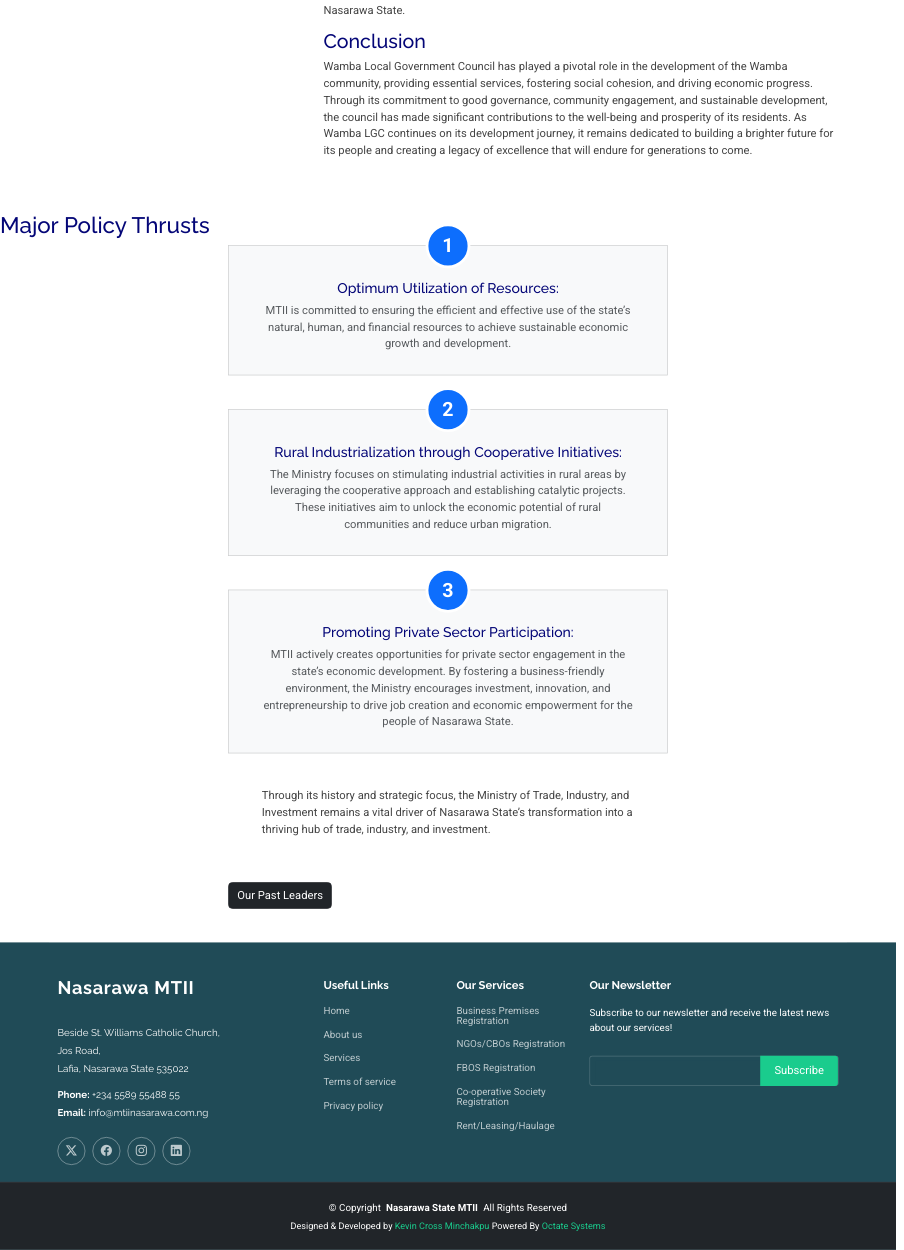
Repository: GlorifiedIntel/wamba-lgc
Page: wamba-history.html
An editor plug-in stored every save of this project. The page is shown before and after the next save, followed by the edit.
The browser window is 1280 px wide. The page is 1292 px wide, so the pictures cover 1292 px, including what lies to the right of the window. The pictures show the part of the page from y = 2035 to 3915 px (the page is 3821 px tall before and 3957 px after), at 70% of full size.

Above is the page before, as saved 2025-02-06 02:57:35.
Console error: TypeError: Cannot read properties of null (reading 'click')

### wamba-history.html
<!DOCTYPE html>
<html lang="en">

<head>
  <meta charset="utf-8">
  <meta http-equiv="X-UA-Compatible" content="IE=edge">
  <meta name="viewport" content="width=device-width, initial-scale=1.0">
  <meta name="format-detection" content="telephone=no">
  <meta name="apple-mobile-web-app-capable" content="yes">
  <meta name="author" content="Kevin Cross Minchakpu">
  <meta name="keywords" content="MTII, Nasarawa, Industry, Trade, Investment, Entrepreneur">
  <meta name="description" content="The Nasarawa State Ministry of Trade, Industry, and Investment promotes economic growth through trade, industrialization, and investment. It supports local industries, attracts investments, and fosters innovation to boost competitiveness and diversify the economy.">

  <!-- Favicons -->
  <link href="assets/img/favicon.png" rel="icon">
  <link href="assets/img/apple-touch-icon.png" rel="apple-touch-icon">

  <!-- Fonts -->
  <link href="https://fonts.googleapis.com" rel="preconnect">
  <link href="https://fonts.gstatic.com" rel="preconnect" crossorigin>
  <link href="https://fonts.googleapis.com/css2?family=Roboto:ital,wght@0,100;0,300;0,400;0,500;0,700;0,900;1,100;1,300;1,400;1,500;1,700;1,900&family=Poppins:ital,wght@0,100;0,200;0,300;0,400;0,500;0,600;0,700;0,800;0,900;1,100;1,200;1,300;1,400;1,500;1,600;1,700;1,800;1,900&family=Raleway:ital,wght@0,100;0,200;0,300;0,400;0,500;0,600;0,700;0,800;0,900;1,100;1,200;1,300;1,400;1,500;1,600;1,700;1,800;1,900&display=swap" rel="stylesheet">

  <!-- Vendor CSS Files -->
  <link href="assets/vendor/bootstrap/css/bootstrap.min.css" rel="stylesheet">
  <link href="assets/vendor/bootstrap-icons/bootstrap-icons.css" rel="stylesheet">
  <link href="assets/vendor/aos/aos.css" rel="stylesheet">
  <link href="assets/vendor/glightbox/css/glightbox.min.css" rel="stylesheet">
  <link href="assets/vendor/swiper/swiper-bundle.min.css" rel="stylesheet">

  <!-- Main CSS File -->
  <link href="assets/css/main.css" rel="stylesheet">
</head>

<body class="index-page">
  <header id="header" class="header d-flex align-items-center fixed-top bg-dark">
    <div class="container-fluid container-xl position-relative d-flex align-items-center justify-content-between">
      <a href="index.html" class="logo d-flex align-items-center">
        <img src="assets/img/logo.png" alt="" >
      </a>
      <nav id="navmenu" class="navmenu">
        <ul>
          <li><a href="index.html">Home</a></li>
          <li class="dropdown"><a href="about-mtii.html" class="active"><span>About</span> <i class="bi bi-chevron-down toggle-dropdown"></i></a>
            <ul>
              <li><a href="about-mtii.html">Nasarawa MTII</a></li>
                  <li><a href="mtii-history.html">MTII History</a></li>
                  <li><a href="the-commissioner.html" >The Commissioner</a></li>
                  <li><a href="the-secretary.html" >The Permanent Secretary</a></li>
                  <li><a href="directors.html" >Our Directors</a></li>
                  <li><a href="contact-us.html" >Our Contact</a></li>
            </ul>
          </li>

          <li class="dropdown"><a href="business-reforms.html"><span>Business Enabling Reforms</span> <i class="bi bi-chevron-down toggle-dropdown"></i></a>
            <ul>
              <li><a href="business-plans.html">Business Enabling Action Plan</a></li>
                  <li><a href="grievance.html">Grievance Redress Mechanism</a></li>
                  <li><a href="application-guidelines.html" >Application Guidelines</a></li>
                  <li><a href="legal-framework.html" >Legal Framework</a></li>
                  <li><a href="investment-opportunities.html" >Investment Opportunities</a></li>
            </ul>
          </li>

          <li class="dropdown"><a href="departments.html"><span>Departments</span> <i class="bi bi-chevron-down toggle-dropdown"></i></a>
            <ul>
              <li><a href="admin.html">Administration & Supply</a></li>
              <li><a href="cooperative.html">Cooperative & Thrift</a></li>
              <li><a href="finance.html">Finance & Account</a></li>
              <li><a href="investment.html">Industry & Investment</a></li>
              <li><a href="planning.html">Planning/Research/Statistics</a></li>
              <li><a href="trade.html">Trade</a></li>
            </ul>
          </li>

          <li class="dropdown"><a href="projects.html"><span>Projects</span> <i class="bi bi-chevron-down toggle-dropdown"></i></a>
            <ul>
              <li><a href="completed.html">Completed Projects</a></li>
                  <li><a href="ongoing.html">Ongoing Projects</a></li>
                  <li><a href="proposed.html" >Proposed Projects</a></li>
            </ul>
          </li>

          <li class="dropdown"><a href="registration.html"><span>Registration</span> <i class="bi bi-chevron-down toggle-dropdown"></i></a>
            <ul>
              <li><a href="howtoregister.html">How To Register</a></li>
                  <li><a href="online-registration.html">Online Registration</a></li>
                  <li><a href="businame-name.html" >Business Name Registration</a></li>
                  <li><a href="business-premises.html" >Business Premises Registration</a></li>
                  <li><a href="faqs.html" >FAQs</a></li>
            </ul>
          </li>
        </ul>
        <i class="mobile-nav-toggle d-xl-none bi bi-list"></i>
      </nav>

    </div>
  </header>

  <main class="main">

    <!-- Page Title -->
    <div class="page-title dark-background" data-aos="fade">
      <div class="heading">
        <div class="container">
          <div class="row d-flex justify-content-center text-center">
            <div class="col-lg-8">
              <h1>Our History</h1>
              <p class="mb-0">The Ministry of Trade, Industry, and Investment (MTII) was established following the creation of Nasarawa State on October 1, 1996, by the then Military Head of State, General Sani Abacha. Since its inception, the Ministry has been at the forefront of driving economic growth and development within the state.</p>
            </div>
          </div>
        </div>
      </div>
      <nav class="breadcrumbs">
        <div class="container">
          <ol>
            <li><a href="index.html">Home</a></li>
            <li><a href="about-mtii.html">About Wamba LGC</a></li>
            <li class="current">Our History</li>
          </ol>
        </div>
      </nav>
    </div><!-- End Page Title -->
    <section id="starter-section" class="starter-section section">
      <div class="container text-center">
        <div class="row justify-content-start">
          <div class="col-md-4 left-column">
            <div class="mtii-vertical-menu">
              <a href="about-mtii.html" class="active">About Wamba LGC</a>
              <a href="about-mtii.html">Our Mission</a>
              <a href="the-commissioner.html">The Executive Chairman</a>
              <a href="the-deputy.html">The Deputy Chairman</a>
              <a href="the-secretary.html">The Secretary</a>
              <a href="departments.html">Departments</a>
              <a href="registration-fee.html">Registration Fees</a>
              <a href="online-registration.html">Registration</a>
              <a href="strategic-plans.html">Strategic Plan</a>
              <a href="climate-change.html">Climate change Information Hub</a>
              <a href="our-history.html">Our History</a>
              <a href="our-policies.html">Our Policies</a>
              <a href="contact-us.html">Contact Us</a>
            </div>
          </div>
          <div class="col-md-8 right-column text-start">
            <h2>Our History</h2>
            <h3>Creation and Early Years</h3>
            <p>Wamba Local Government Council (LGC) was established in [insert year of creation, if known], as part of the broader local government reforms in Nigeria aimed at bringing governance closer to the people. Located in Nasarawa State, Wamba LGC was carved out to serve the administrative, social, and economic needs of the Wamba community, which is predominantly inhabited by diverse ethnic groups, including the Rindre, Kantana people, among others. The creation of the LGC was a significant milestone in the region’s development, providing a platform for grassroots governance and community-driven progress.            </p>
          <h3>Early Development and Challenges</h3>
          <p>In its early years, Wamba LGC faced numerous challenges, including limited infrastructure, inadequate public services, and a lack of economic opportunities. The council focused on establishing basic administrative structures, improving access to education and healthcare, and fostering unity among the diverse ethnic groups within its jurisdiction. Despite limited resources, the LGC made strides in promoting peace and cooperation among its communities, laying the foundation for future growth.</p>
          <h3>Socio-Economic Growth</h3>
          <p>Over the years, Wamba LGC has experienced significant socio-economic growth, driven by strategic development initiatives and community-driven projects. The council has prioritized infrastructure development, education, healthcare, and agriculture to improve the quality of life for its residents. Through partnerships with government agencies, non-profit organizations, and private sector stakeholders, Wamba LGC has implemented programs to address poverty, unemployment, and social inequality, fostering inclusive growth and sustainable development.</p>
          <h3>Cultural Heritage and Community Life</h3>
          <p>Wamba LGC is renowned for its rich cultural heritage, with traditional festivals, dances, and ceremonies playing a central role in community life. The council has consistently supported efforts to preserve and promote this heritage, fostering a sense of pride and identity among its people. Cultural events have also served as a platform for promoting unity and peaceful coexistence among the diverse ethnic groups in the area.          </p>
          <h3>Recent Developments and Achievements</h3>
          <p>In recent years, Wamba LGC has made significant progress in addressing key challenges and advancing its development agenda. The council has embraced technology and innovation to improve service delivery and governance. Efforts have been made to enhance education and healthcare services, with the construction of new schools and health centers. Infrastructure development has remained a priority, with ongoing projects to improve road networks and provide access to clean water and electricity.          </p>
        <h3>Environmental Sustainability</h3>
        <p>Wamba LGC is committed to environmental sustainability and has implemented initiatives to protect its natural resources and promote eco-friendly practices. The council has supported tree planting campaigns, waste management programs, and renewable energy projects to mitigate the impact of climate change and preserve the region’s biodiversity. By promoting environmental awareness and conservation, Wamba LGC is working to create a greener and more sustainable future for its residents.</p>
        <h3>Community Engagement and Governance</h3>
        <p>Community engagement and participatory governance are central to Wamba LGC’s development approach. The council has established mechanisms for citizen participation, feedback, and collaboration to ensure that community needs and priorities are reflected in its policies and programs. Through town hall meetings, community forums, and stakeholder consultations, Wamba LGC has fostered a culture of transparency, accountability, and inclusivity in its decision-making processes.</p>
        <h3>Vision for the Future</h3>
        <p>Looking ahead, Wamba LGC is committed to building on its achievements and addressing emerging challenges to realize its vision for the future. The council aims to promote sustainable development, economic growth, and social inclusion, guided by principles of equity, justice, and integrity. By harnessing the creativity, resilience, and potential of its people, Wamba LGC seeks to create a vibrant, prosperous, and harmonious community that serves as a model of excellence and innovation in Nasarawa State.</p>
        <h3>Conclusion</h3>
        <p>Wamba Local Government Council has played a pivotal role in the development of the Wamba community, providing essential services, fostering social cohesion, and driving economic progress. Through its commitment to good governance, community engagement, and sustainable development, the council has made significant contributions to the well-being and prosperity of its residents. As Wamba LGC continues on its development journey, it remains dedicated to building a brighter future for its people and creating a legacy of excellence that will endure for generations to come.</p>
                </div>
        </div>
    </section><!-- /Starter Section Section -->

    <div class="row justify-content-center">
      <h2>Major Policy Thrusts</h2>
			<div class="col-md-6">
				<!-- Step -->

				<div class="card rounded-0 text-center p-3 bg-light px-5 mb-5">
					<div class="d-flex rounded-circle mx-auto align-items-center justify-content-center text-white fs-3 fw-bold bg-primary border border-white border-4" style="width: 4rem; height:4rem; margin-top: -3rem;">
						1
					</div>
					<h5 class="mt-3">Optimum Utilization of Resources:</h5>
					<p class="text-muted">MTII is committed to ensuring the efficient and effective use of the state’s natural, human, and financial resources to achieve sustainable economic growth and development.</p>
				</div>
				<!-- Step -->
				<div class="card rounded-0 text-center p-3 bg-light px-5 mb-5">
					<div class="d-flex rounded-circle mx-auto align-items-center justify-content-center text-white fs-3 fw-bold bg-primary border border-white border-4" style="width: 4rem; height:4rem; margin-top: -3rem;">
						2
					</div>
					<h5 class="mt-3">Rural Industrialization through Cooperative Initiatives:</h5>
					<p class="text-muted">The Ministry focuses on stimulating industrial activities in rural areas by leveraging the cooperative approach and establishing catalytic projects. These initiatives aim to unlock the economic potential of rural communities and reduce urban migration.</p>
				</div>
				<!-- Step -->
				<div class="card rounded-0 text-center p-3 bg-light px-5 mb-5">
					<div class="d-flex rounded-circle mx-auto align-items-center justify-content-center text-white fs-3 fw-bold bg-primary border border-white border-4" style="width: 4rem; height:4rem; margin-top: -3rem;">
						3
					</div>
					<h5 class="mt-3">Promoting Private Sector Participation:</h5>
					<p class="text-muted">MTII actively creates opportunities for private sector engagement in the state’s economic development. By fostering a business-friendly environment, the Ministry encourages investment, innovation, and entrepreneurship to drive job creation and economic empowerment for the people of Nasarawa State.</p>
				</div>
        <p class="mx-5">Through its history and strategic focus, the Ministry of Trade, Industry, and Investment remains a vital driver of Nasarawa State’s transformation into a thriving hub of trade, industry, and investment.</p>
        <a class="btn btn-dark my-5 align-items-center" href="#" role="button">Our Past Leaders</a>
      </div>
      <div >
     </div>
		</div>
	</div>
    </main>
  <!--Main End-->

<!--Footer Start-->
<footer id="footer" class="footer dark-background">

  <div class="container footer-top">
    <div class="row gy-4">
      <div class="col-lg-4 col-md-6 footer-about">
        <a href="index.html" class="logo d-flex align-items-center">
          <span class="sitename">Nasarawa MTII</span>
        </a>
        <div class="footer-contact pt-3">
          <p>Beside St. Williams Catholic Church,</p>
          <p>Jos Road,</p>
          <p>Lafia, Nasarawa State 535022</p>
          <p class="mt-3"><strong>Phone:</strong> <span>+234 5589 55488 55</span></p>
          <p><strong>Email:</strong> <span>info@mtiinasarawa.com.ng</span></p>
        </div>
        <div class="social-links d-flex mt-4">
          <a href=""><i class="bi bi-twitter-x"></i></a>
          <a href=""><i class="bi bi-facebook"></i></a>
          <a href=""><i class="bi bi-instagram"></i></a>
          <a href=""><i class="bi bi-linkedin"></i></a>
        </div>
      </div>

      <div class="col-lg-2 col-md-3 footer-links">
        <h4>Useful Links</h4>
        <ul>
          <li><a href="index.html">Home</a></li>
          <li><a href="about-mtii.html">About us</a></li>
          <li><a href="services.html">Services</a></li>
          <li><a href="terms-of-use.html">Terms of service</a></li>
          <li><a href="privacy-policy.html">Privacy policy</a></li>
        </ul>
      </div>

      <div class="col-lg-2 col-md-3 footer-links">
        <h4>Our Services</h4>
        <ul>
          <li><a href="business-premises.html">Business Premises Registration</a></li>
          <li><a href="ngo-cbo-registration.html">NGOs/CBOs Registration</a></li>
          <li><a href="fbo-registration.html">FBOS Registration</a></li>
          <li><a href="cooperative-registration.html">Co-operative Society Registration</a></li>
          <li><a href="rent.html">Rent/Leasing/Haulage</a></li>
        </ul>
      </div>

      <div class="col-lg-4 col-md-12 footer-newsletter">
        <h4>Our Newsletter</h4>
        <p>Subscribe to our newsletter and receive the latest news about our services!</p>
        <form action="forms/newsletter.php" method="post" class="php-email-form">
          <div class="newsletter-form"><input type="email" name="email"><input type="submit" value="Subscribe"></div>
          <div class="loading">Loading</div>
          <div class="error-message"></div>
          <div class="sent-message">Your subscription request has been sent. Thank you!</div>
        </form>
      </div>

    </div>
  </div>

  <div class="container-fluid copyright text-center mt-4 bg-dark">
    <p>© <span>Copyright</span> <strong class="px-1 sitename">Nasarawa State MTII</strong> <span>All Rights Reserved</span></p>
    <div class="credits">
      Designed & Developed by <a href="https://kevinomics.com/">Kevin Cross Minchakpu</a> Powered By <a href="https://octatesystems.com">Octate Systems</a>
    </div>
  </div>

</footer>

<!-- Scroll Top -->

<button id="scroll-top" class="scroll-top d-flex bg-dark align-items-center justify-content-center"><i class="bi bi-arrow-up-short"></i></button>
<!-- Preloader -->
<div id="preloader"></div>

<!-- Vendor JS Files -->
<script src="assets/vendor/bootstrap/js/bootstrap.bundle.min.js"></script>
<script src="assets/vendor/php-email-form/validate.js"></script>
<script src="assets/vendor/aos/aos.js"></script>
<script src="assets/vendor/glightbox/js/glightbox.min.js"></script>
<script src="assets/vendor/purecounter/purecounter_vanilla.js"></script>
<script src="assets/vendor/swiper/swiper-bundle.min.js"></script>

<!-- Main JS File -->
<script src="assets/js/main.js"></script>
<script src="assets/js/reforms.js"></script>

</body>

</html>

Loaded but not shown: assets/vendor/bootstrap/css/bootstrap.min.css (library); assets/vendor/bootstrap-icons/bootstrap-icons.css (library); assets/vendor/aos/aos.css (library); assets/vendor/glightbox/css/glightbox.min.css (library); assets/vendor/swiper/swiper-bundle.min.css (library); assets/vendor/bootstrap/js/bootstrap.bundle.min.js (library); assets/vendor/php-email-form/validate.js (common file); assets/vendor/aos/aos.js (library); assets/vendor/glightbox/js/glightbox.min.js (library); assets/vendor/purecounter/purecounter_vanilla.js (library); assets/vendor/swiper/swiper-bundle.min.js (library); assets/js/main.js (181 lines, source omitted); assets/js/reforms.js (43 lines, source omitted); assets/css/main.css (1741 lines, source omitted)

After the next save:
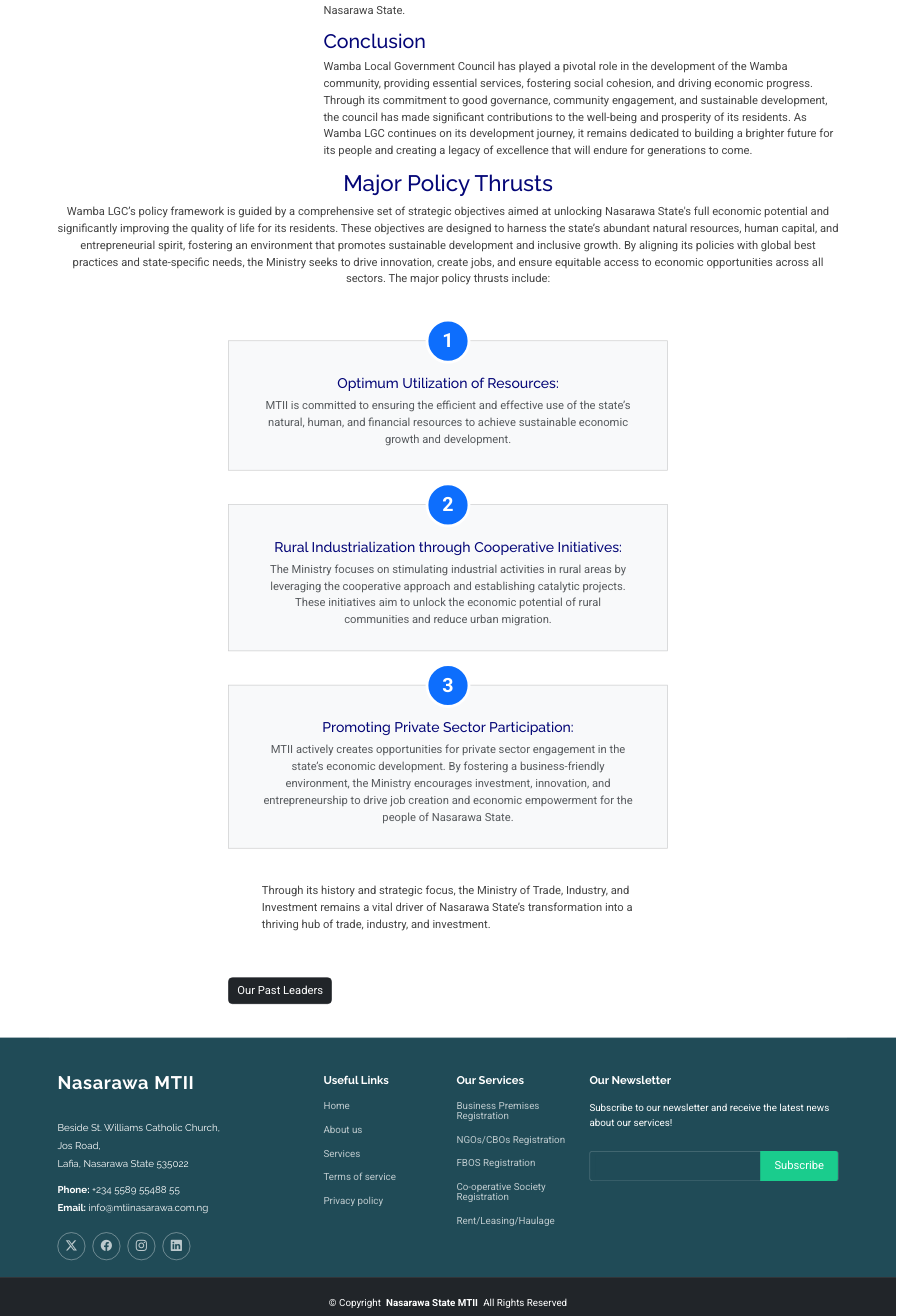
Saved 2 min 44 s later.
--- a/wamba-history.html
+++ b/wamba-history.html
@@ -159,13 +159,13 @@
         <h3>Vision for the Future</h3>
         <p>Looking ahead, Wamba LGC is committed to building on its achievements and addressing emerging challenges to realize its vision for the future. The council aims to promote sustainable development, economic growth, and social inclusion, guided by principles of equity, justice, and integrity. By harnessing the creativity, resilience, and potential of its people, Wamba LGC seeks to create a vibrant, prosperous, and harmonious community that serves as a model of excellence and innovation in Nasarawa State.</p>
         <h3>Conclusion</h3>
-        <p>Wamba Local Government Council has played a pivotal role in the development of the Wamba community, providing essential services, fostering social cohesion, and driving economic progress. Through its commitment to good governance, community engagement, and sustainable development, the council has made significant contributions to the well-being and prosperity of its residents. As Wamba LGC continues on its development journey, it remains dedicated to building a brighter future for its people and creating a legacy of excellence that will endure for generations to come.</p>
-                </div>
-        </div>
+        <p>Wamba Local Government Council has played a pivotal role in the development of the Wamba community, providing essential services, fostering social cohesion, and driving economic progress. Through its commitment to good governance, community engagement, and sustainable development, the council has made significant contributions to the well-being and prosperity of its residents. As Wamba LGC continues on its development journey, it remains dedicated to building a brighter future for its people and creating a legacy of excellence that will endure for generations to come.</p></div>
+        <h2>Major Policy Thrusts</h2>
+          <p>Wamba LGC’s policy framework is guided by a comprehensive set of strategic objectives aimed at unlocking Nasarawa State's full economic potential and significantly improving the quality of life for its residents. These objectives are designed to harness the state’s abundant natural resources, human capital, and entrepreneurial spirit, fostering an environment that promotes sustainable development and inclusive growth. By aligning its policies with global best practices and state-specific needs, the Ministry seeks to drive innovation, create jobs, and ensure equitable access to economic opportunities across all sectors. The major policy thrusts include:</p>
+      </div>
+      </div>
     </section><!-- /Starter Section Section -->
-
-    <div class="row justify-content-center">
-      <h2>Major Policy Thrusts</h2>
+       <div class="row justify-content-center">
 			<div class="col-md-6">
 				<!-- Step -->
 
